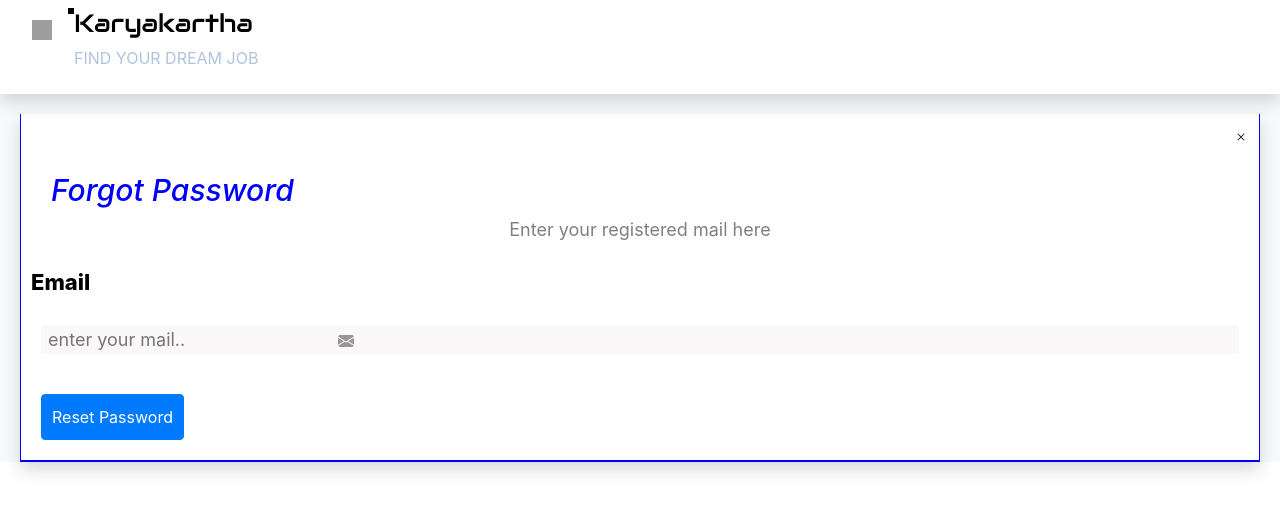
Repository: siri548/Karyakartha
Page: forgotPage.html
An editor plug-in stored every save of this project. The page is shown before and after the next save, followed by the edit.
The browser window is 1280 px wide. The pictures show the whole page.
Pictures or frames that could not be fetched are drawn as grey boxes.

Above is the page before, as saved 2023-11-04 18:15:01.
Console error (its wording comes from the project's code and is left out).

### forgotPage.html
<!DOCTYPE html>
<html lang="en">

<head>
    <meta charset="UTF-8">
    <meta name="viewport" content="width=device-width, initial-scale=1.0">
    <link rel="stylesheet" href="https://cdn.jsdelivr.net/npm/bootstrap@4.6.2/dist/css/bootstrap.min.css">
    <link rel="stylesheet" href="https://cdnjs.cloudflare.com/ajax/libs/font-awesome/6.4.0/css/all.min.css">

    <script src="https://cdn.jsdelivr.net/npm/bootstrap@4.6.2/dist/js/bootstrap.bundle.min.js" integrity="sha384-Fy6S3B9q64WdZWQUiU+q4/2Lc9npb8tCaSX9FK7E8HnRr0Jz8D6OP9dO5Vg3Q9ct" crossorigin="anonymous"></script>
    <script src="https://cdn.jsdelivr.net/npm/jquery@3.5.1/dist/jquery.slim.min.js" integrity="sha384-DfXdz2htPH0lsSSs5nCTpuj/zy4C+OGpamoFVy38MVBnE+IbbVYUew+OrCXaRkfj" crossorigin="anonymous"></script>
    <script src="https://cdn.jsdelivr.net/npm/popper.js@1.16.1/dist/umd/popper.min.js" integrity="sha384-9/reFTGAW83EW2RDu2S0VKaIzap3H66lZH81PoYlFhbGU+6BZp6G7niu735Sk7lN" crossorigin="anonymous"></script>

    <link rel="stylesheet" href="https://fonts.googleapis.com/css?family=Audiowide">

    <link rel="stylesheet" text="css/text" href="forgotPage.css">
</head>

<body>
    <div class="bg-forgotPage bg-light">
        <nav class="navbar navbar-expand-lg navbar-light bg-white shadow">
            <div class="d-flex flex-row justify-content-between">
                <div>
                    <a class=" navbar-brand " href="# ">

                        <svg xmlns="http://www.w3.org/2000/svg" width="16" height="16" fill="currentColor" class="bi bi-search" viewBox="0 0 16 16"><img src="D:\icons\trend.png " class="inner-icon" />
<path  d        = "M11.742 10.344a6.5 6.5 0 1 0-1.397 1.398h-.001c.03.04.062.078.098.115l3.85 3.85a1 1 0 0 0 1.415-1.414l-3.85-3.85a1.007 1.007 0 0 0-.115-.1zM12 6.5a5.5 5.5 0 1 1-11 0 5.5 5.5 0 0 1 11 0z"/>
</svg>

                    </a>
                </div>
                <div class="forgotPage-verticlelineBrandname">
                </div>
                <div>
                    <h1 class="karykartaname">Karyakartha </h1>
                    <p class="karyakartha-tagline">FIND YOUR DREAM JOB</p>
                </div>
            </div> <button class=" navbar-toggler " type="button " data-toggle="collapse " data-target="#navbarNavAltMarkup " aria-controls="navbarNavAltMarkup " aria-expanded="false " aria-label="Toggle navigation ">
                    <span class="navbar-toggler-icon "></span>
                    </button>
            <div class="collapse navbar-collapse " id="navbarNavAltMarkup ">
                <div class="navbar-nav ml-auto ">
                    <a class="nav-link active " href="# ">
                        <span class="sr-only "></span>
                    </a>
                    <a class="nav-link " href="# "></a>
                    <a class="nav-link " href="# "></a>
                    <a class="nav-link " href="# "></a>
                </div>
            </div>
        </nav>
        <div class="forgotPage-card shadow">
            <div class="text-right ">
                <svg xmlns="http://www.w3.org/2000/svg" width="16" height="16" fill="currentColor" class="bi bi-x" viewBox="0 0 16 16">
<path d     = "M4.646 4.646a.5.5 0 0 1 .708 0L8 7.293l2.646-2.647a.5.5 0 0 1 .708.708L8.707 8l2.647 2.646a.5.5 0 0 1-.708.708L8 8.707l-2.646 2.647a.5.5 0 0 1-.708-.708L7.293 8 4.646 5.354a.5.5 0 0 1 0-.708z"/>
</svg>

                <i class="forgotPage-closeIcon bi bi-x"></i>
            </div>

            <h1 class="forgotHeading ">Forgot Password</h1>
            <div class="text-center">
                <p class="forgotPage-para">Enter your registered mail here</p>
            </div>
            <div>
                <h1 class="forgotPage-emailHeading ">Email</h1>
            </div>
            <div class="forgotPage-inputContainer ">
                <input type="text" placeholder=" enter your mail.. " class="forgotPage-input">




                <svg xmlns="http://www.w3.org/2000/svg" width="16" height="16" fill="currentColor" class="bi bi-envelope-fill forgotPage-envelopeIcon text-end" viewBox="0 0 16 16">
<path d     = "M.05 3.555A2 2 0 0 1 2 2h12a2 2 0 0 1 1.95 1.555L8 8.414.05 3.555ZM0 4.697v7.104l5.803-3.558L0 4.697ZM6.761 8.83l-6.57 4.027A2 2 0 0 0 2 14h12a2 2 0 0 0 1.808-1.144l-6.57-4.027L8 9.586l-1.239-.757Zm3.436-.586L16 11.801V4.697l-5.803 3.546Z"/>
</svg>



            </div>

            <button class=" btn btn-primary forgotPage-resetButton w- ">Reset Password</button>

        </div>
    </div>
</body>

</html>

</html>

### forgotPage.css
.bg-forgotpage {
    background-color: lightgrey;
}

.outer-icon {
    color: blue;
    width: 20px;
    height: 20px;
    background-size: cover;
}

.inner-icon {
    color: blue;
    font-size: 20px;
    width: 20px;
    height: 20px;
}

.forgotPage-verticlelineBrandname {
    width: 1px;
    height: 100%;
    background-color: black;
    padding: 3px;
}

.karykartaname {
    font-size: 25px;
    color: black;
    font-family: "Audiowide", sans-serif;
}

.forgotPage-card {
    background-color: white;
    border-color: blue;
    border-top: 0px;
    border-right: 1px solid blue;
    border-left: 1px solid blue;
    border-bottom: 2px solid blue;
    margin: 20px;
}

.forgotPage-closeIcon {
    color: black;
    font-size: 25px;
    padding-right: 10px;
}

.forgotHeading {
    color: blue;
    font-size: 30px;
    padding-left: 30px;
    padding-top: 20px;
    font-style: italic;
}

.karyakartha-tagline {
    color: lightsteelblue;
    font-size: 16px;
}

.forgotPage-para {
    color: grey;
    font-size: 18px;
}

.forgotPage-emailHeading {
    color: black;
    font-weight: 800;
    font-size: 22px;
    padding: 10px;
}

.forgotPage-envelopeIcon {
    color: rgb(155, 150, 150);
    font-size: 18px;
}

.forgotPage-inputContainer {
    background-color: rgb(250, 248, 248);
    margin: 20px;
    font-size: 18px;
}

.forgotPage-input {
    background-color: rgb(250, 248, 248);
    border-width: 0px;
}

.forgotPage-resetButton {
    padding: 10px;
    text-align: center;
    margin: 20px;
    width: fit-content;
}

After the next save:
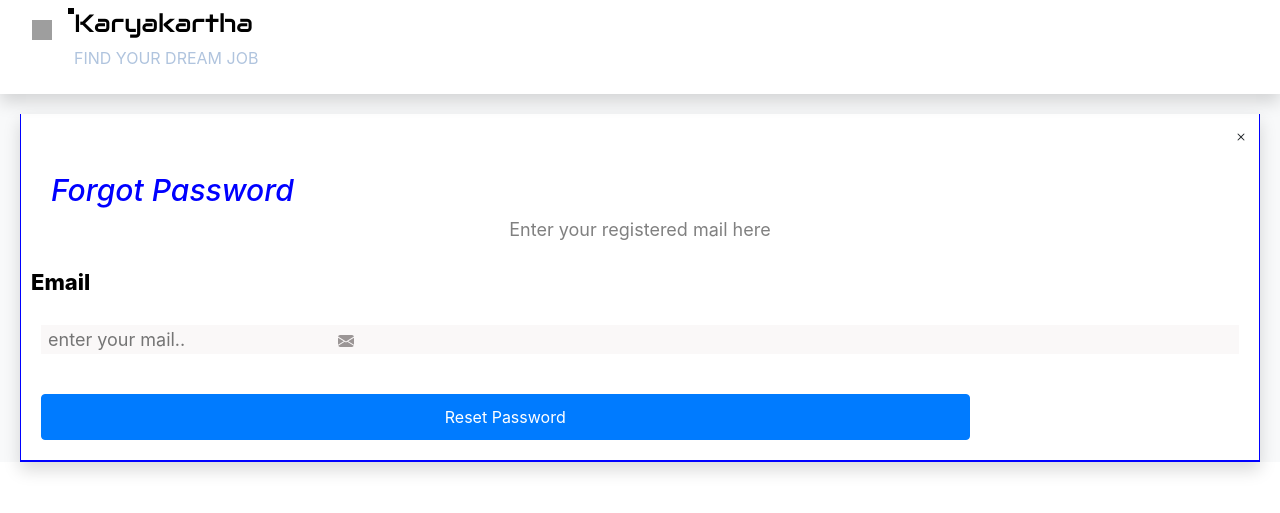
Saved 4 s later.
--- a/forgotPage.html
+++ b/forgotPage.html
@@ -79,7 +79,7 @@
 
             </div>
 
-            <button class=" btn btn-primary forgotPage-resetButton w- ">Reset Password</button>
+            <button class=" btn btn-primary forgotPage-resetButton w-75 ">Reset Password</button>
 
         </div>
     </div>
